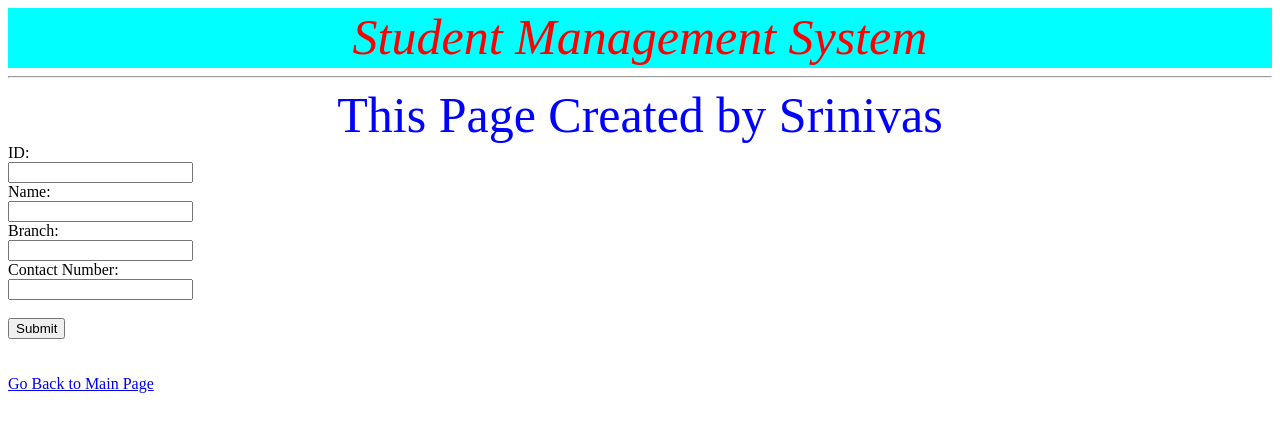
Repository: Aviligonda/Servlet_Programs
Page: http://localhost/StudentManagementSystem/register.jsp
An editor plug-in stored every save of this project. The page is shown before and after the next save, followed by the edit.
The browser window is 1280 px wide. The pictures show the whole page.
The page is served by Tomcat 9.

Above is the page before, as saved 2024-11-25 13:27:58.

After the next save:
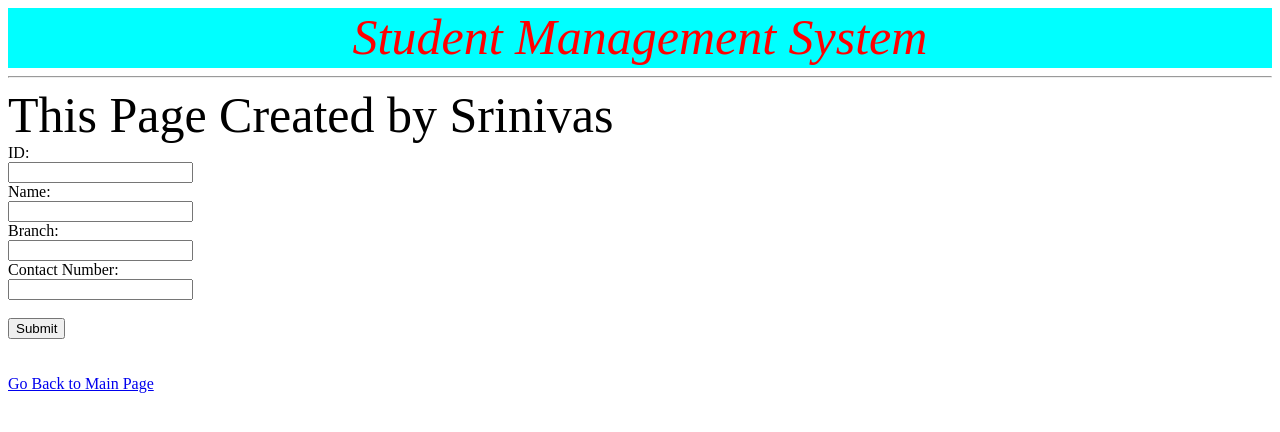
Saved 17 s later.
--- a/StudentManagementSystem/src/main/webapp/footer.jsp
+++ b/StudentManagementSystem/src/main/webapp/footer.jsp
@@ -7,7 +7,7 @@
 <title>Insert title here</title>
 </head>
 <body>
-<div style="color:blue;text-align:center;font-size:50px;">
+<div style="font-size:50px;">
 <!-- <footer style="color:blue; text-align:center;display : block; position: absolute;bottom: 0;right:0;font-size=50px;">This Page Created by Srinivas</footer> -->
 This Page Created by Srinivas
 </div>
